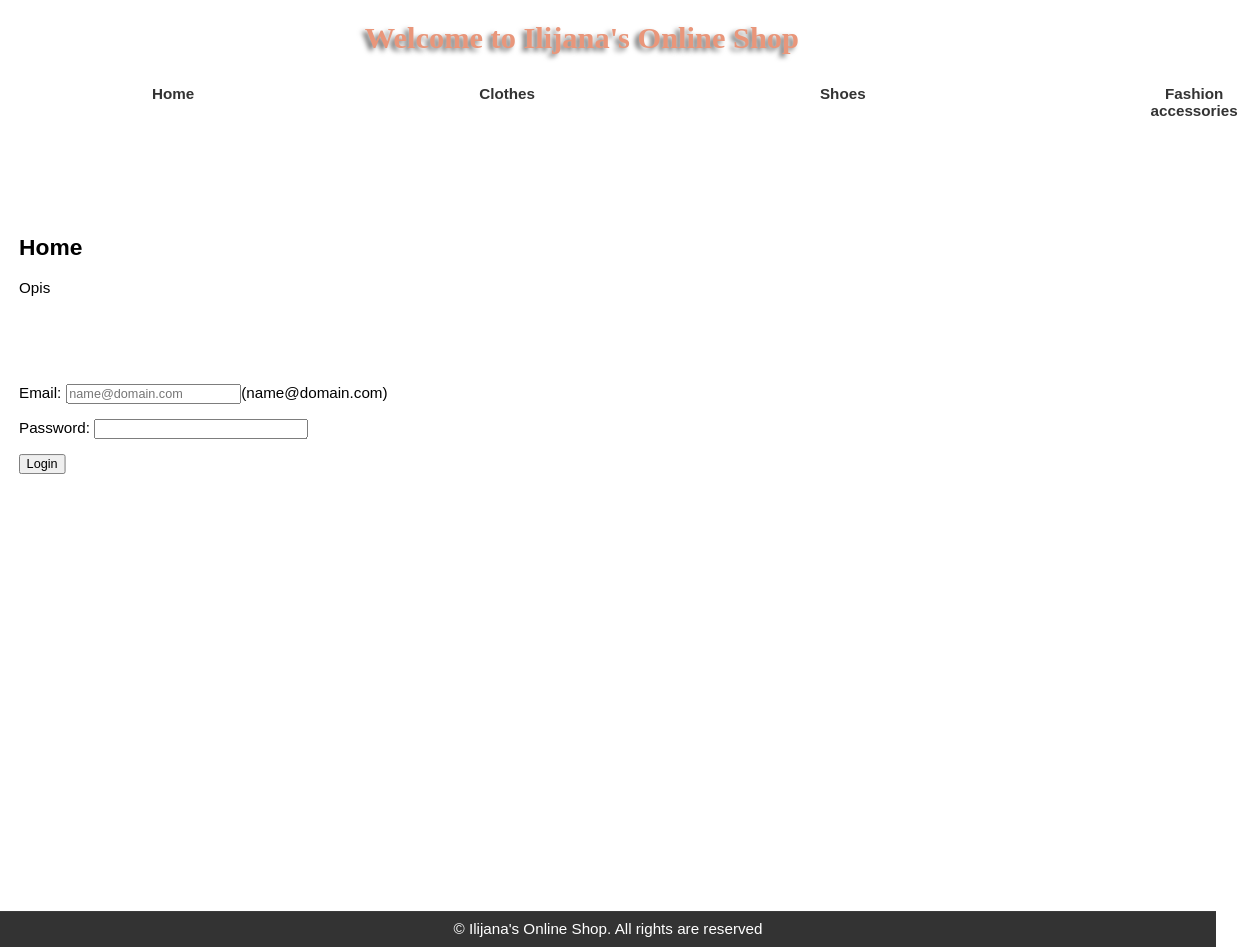
Repository: ilijana123/Proekt1
Page: html.html
The author's editor kept a copy of each file at every save. The page is drawn from the files as they stood at one save, then again after the next save.
The browser window is 1280 px wide. The page is 1303 px wide, so the pictures cover 1303 px, including what lies to the right of the window. The pictures show the whole page, at 95% of full size.

Above is the page before, as saved 2023-11-12 23:29:41.

### html.html
<!DOCTYPE html>
<html>
    <head>
    <meta charset="utf-8">
    <title>Online shop</title>
    <link rel="stylesheet" type="text/css" href="1.css">
    <script src="script.js"></script>
    </head>
    <body>
    <header>
       <h1>Welcome to Ilijana's Online Shop</h1>
    </header>
       <nav>
            <ul>
                <li><a href="#home">Home</a></li>
                <li><a href="#category1">Clothes</a></li>
                <li><a href="#category2">Shoes</a></li>
                <li><a href="#category3">Fashion accessories</a></li>
            </ul>
       </nav>
       <section id="home">
            <h2>Home</h2>
            <p>Opis</p>
        </section>
        <section id="contact">
            <form method="post" autocomplete="on">
                <p><label>Email:
                    <input type="email" id="email"
                        placeholder="name@domain.com"/>(name@domain.com)
                </label></p>
                <p><label>Password:
                    <input type="password" id="password" size="25"
                        placeholder=""/>
                </label></p>
                <button onclick="btnClicked()">Login</button>
            </form>
       </section>
       <section id="category1"></section>
       <section id="category2"></section>
       <section id="category3"></section>
       <section id="instagram">
      </section>
      <section id="survey">
      </section>
      <section id="questionnaire">
      </section>
      <section id="contact">
      </section>
       <footer> &copy; Ilijana's Online Shop. All rights are reserved</footer>
    </body>
</html>

### 1.css
h1  {
     font-family: fantasy;
        color:darksalmon;
        text-shadow: -4px 4px 6px dimgrey;
        position:relative;
        margin-left: 30%;
    }
    body {
        margin: 0;
        padding: 0;
        font-family: Arial, sans-serif;
    }

    nav {
        background-color:aliceblue
        color: white;
        padding: 10px;
        text-align: center;
    }
    nav ul {
        list-style-type: none;
        margin: 0;
        padding: 0;
        display: flex;
        flex-direction: row; /* Set the direction to column */
    }

    nav ul li {
        display: block; /* Set the display property to block */
        margin-bottom: 50px;
        margin-right: 150px;
        margin-left:150px;
    }
    section {
        padding: 20px;
        margin: 20px 0;
    }
    nav a {
        text-decoration: none;
        color: #333;
        font-weight: bold;
    }
    nav a:hover {
        color: #555;
    }

    footer {
        background-color: #333;
        color: white;
        text-align: center;
        padding: 10px;
    }

### script.js
function btnClicked()
{
    document.location.href="html1.html";
}

After the next save:
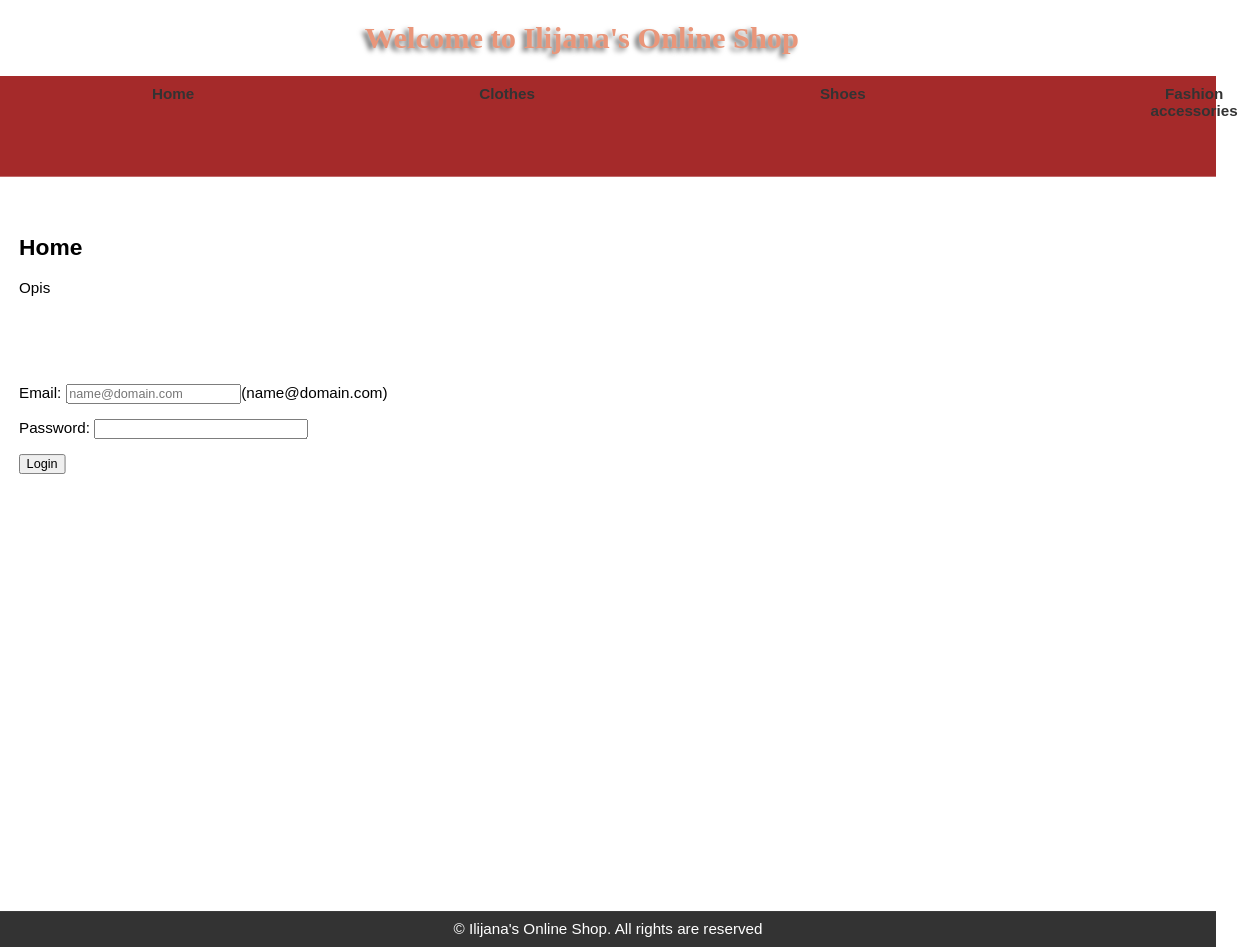
Saved 24 s later.
--- a/1.css
+++ b/1.css
@@ -11,8 +11,9 @@
         font-family: Arial, sans-serif;
     }
 
-    nav {
-        background-color:aliceblue
+    nav
+    {
+        background-color:brown;
         color: white;
         padding: 10px;
         text-align: center;

After the save that followed:
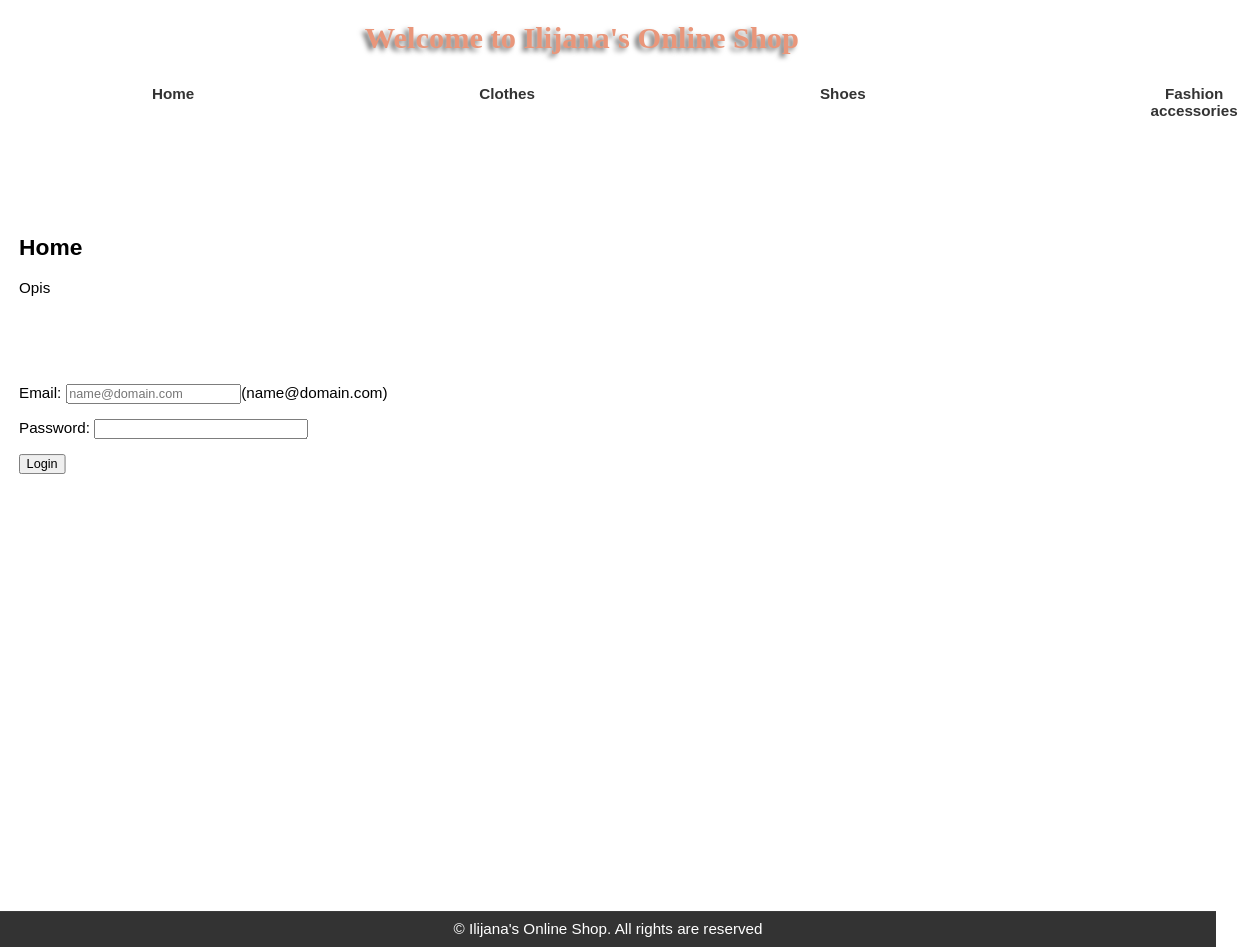
Saved 20 s later.
--- a/1.css
+++ b/1.css
@@ -13,7 +13,7 @@
 
     nav
     {
-        background-color:brown;
+        background-color:lightpink
         color: white;
         padding: 10px;
         text-align: center;
